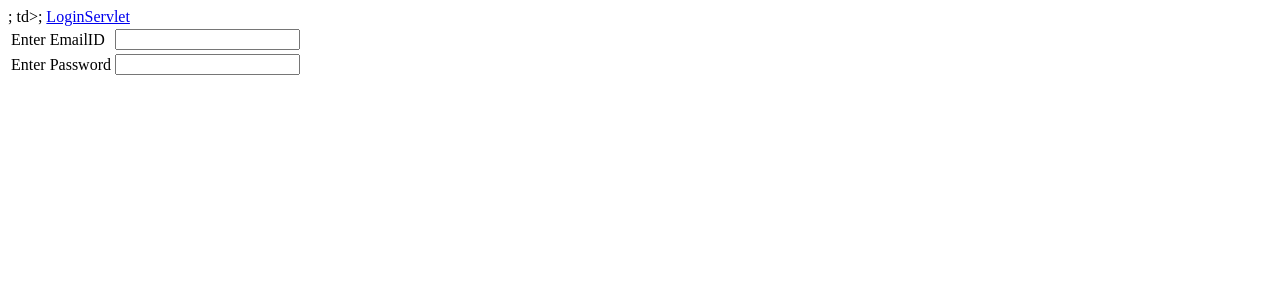
Repository: Praveenbelle08/Advance-JAVA
Page: workspace2/EmpWebApp/WebContent/Login.html
An editor plug-in stored every save of this project. The page is shown before and after the next save, followed by the edit.
The browser window is 1280 px wide. The pictures show the whole page.

Above is the page before, as saved 2024-01-03 12:36:38.

After the next save:
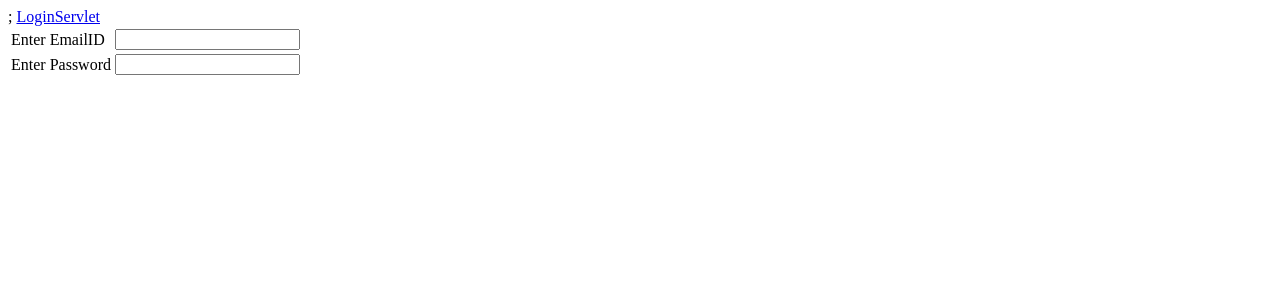
Saved 32 s later.
--- a/workspace2/EmpWebApp/WebContent/Login.html
+++ b/workspace2/EmpWebApp/WebContent/Login.html
@@ -13,7 +13,7 @@
 </tr>
 <tr>
 <td>Enter Password</td>
-<td><input type ="password"password = "password"></td>td>;
+<td><input type ="password"password = "password"></td>
 </tr>
 <a href = "LoginServlet"/>LoginServlet</a>
 
